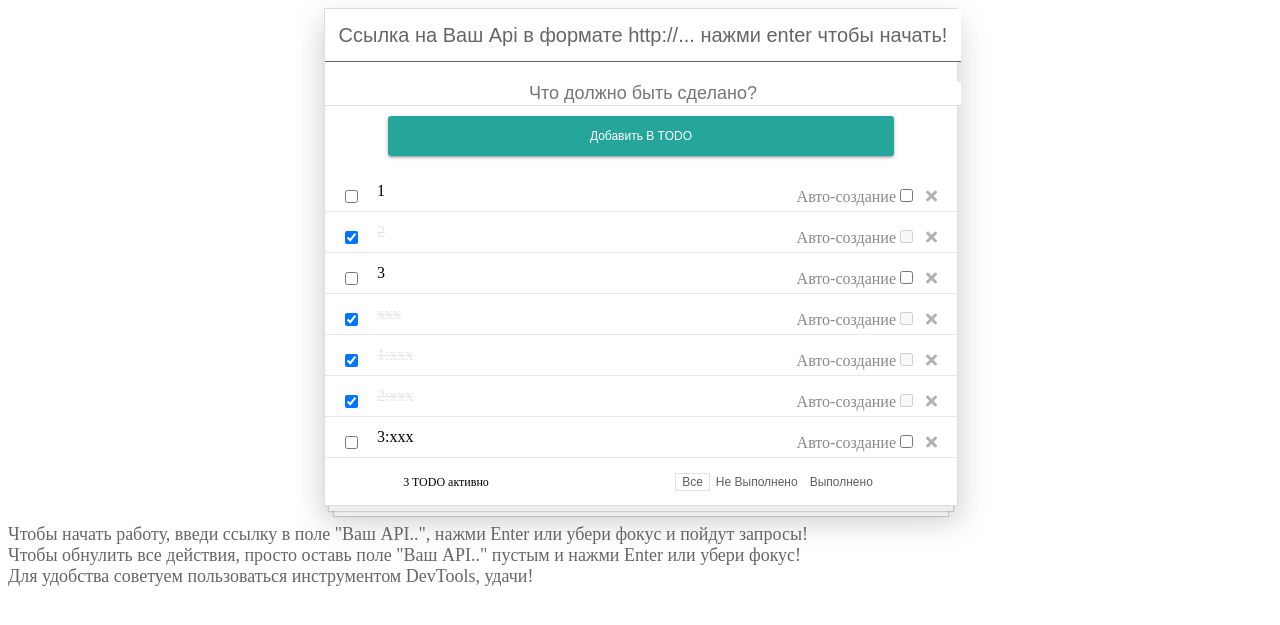
Repository: AntonBrock/taskTodo_for-backend
Page: /
An editor plug-in stored every save of this project. The page is shown before and after the next save, followed by the edit.
The browser window is 1280 px wide. The pictures show the whole page.
Some web libraries are served in a nearby version. The project was rebuilt for these pictures with package versions that can differ from the ones it lists, and the page was loaded fresh each time.

Above is the page before, as saved 2019-04-30 10:47:59.

### public/index.html
<!DOCTYPE html>
<html lang="en">
  <head>
    <meta charset="utf-8">
    <meta http-equiv="X-UA-Compatible" content="IE=edge">
    <meta name="viewport" content="width=device-width,initial-scale=1.0">
    <link rel="stylesheet" href="https://use.fontawesome.com/releases/v5.8.1/css/all.css" integrity="sha384-50oBUHEmvpQ+1lW4y57PTFmhCaXp0ML5d60M1M7uH2+nqUivzIebhndOJK28anvf" crossorigin="anonymous">
    <link rel="icon" href="<%= BASE_URL %>favicon.ico">
    <title>todolist-vue</title>
  </head>
  <body>
    <noscript>
      <strong>We're sorry but todolist-vue doesn't work properly without JavaScript enabled. Please enable it to continue.</strong>
    </noscript>
    <div id="app"></div>
    <!-- built files will be auto injected -->
  </body>
</html>

### src/main.js
import Vue from 'vue'
import store from './store/index'
import Vuex from 'vuex'
import App from './App.vue'

Vue.config.productionTip = false

Vue.use(Vuex)

new Vue({
  store,
  render: h => h(App),
}).$mount('#app')

### src/store/index.js
import Vue from 'vue'
import Vuex from 'vuex'
import urlForm from '../views/todolist/_store'

Vue.use(Vuex)

export default new Vuex.Store({
    modules: {
        urlForm
    }
})

### src/App.vue
<template lang="pug">
  #app
    Todolist
    .helpWorld
      p.helpText Чтобы начать работу, введи ссылку в поле "Ваш API..", нажми Enter или убери фокус и пойдут запросы! <br> Чтобы обнулить все действия, просто оставь поле "Ваш API.." пустым и нажми Enter или убери фокус! <br> Для удобства советуем пользоваться инструментом DevTools, удачи!
</template>

<script>
import Todolist from './views/todolist/Index.vue'

export default {
  name: 'app',
  components: {
    Todolist
  }
}
</script>

<style lang="stylus">
  .helpText
    color: #666
    font-size 18px

</style>

### src/views/todolist/_store/index.js
import state from "./state";
import * as getters from "./getters";
import * as mutations from "./mutations";
import * as actions from "./actions";

export default {
  namespaced: true,
  state,
  getters,
  mutations,
  actions
};

### src/views/todolist/Index.vue
<template lang="pug">
  .main-container(v-cloak)
    ApiForm
    div
      input.todo-input(type='text', placeholder='Что должно быть сделано?', v-model='firstTodo' @keyup.enter='newTodo')
      button.btn(v-on:click='addNewTodo') Добавить В TODO

      Todo(v-for='(todo, index) in todosFiltered', :key='todo.id', :todo="todo" :index='index')
      .extra-container
        .extra-container_numInList {{ remaining }} TODO активно
        div
          button(v-bind:class="{ active: filter == 'all' }", v-on:click=" filter = 'all'") Все
          button(v-bind:class="{ active: filter == 'active' }", v-on:click=" filter = 'active'") Не Выполнено
          button(v-bind:class="{ active: filter == 'completed' }", v-on:click=" filter = 'completed'") Выполнено
          //- button(@click='filterTodoList') Очистить завершенные
</template>

<script>
import ApiForm from "./_components/ApiForm.vue"
import Todo from "./_components/Todo.vue"
import { mapActions, mapGetters } from "vuex"
import todoApi from "./_api/todoApi.js"

export default {
  data () {
    return {
      id: 8,
      firstTodo: '',
      filter: 'all',
      error: false,
      a: ''
    }
  },
  created() {
    this.a = JSON.parse(localStorage.getItem('todos'))
    if('todos' in localStorage) {
      this.updateTodoList(this.a)
    }
  },
  mounted(){
    this.id = this.getTodos.length+1
    // Отправка при включении TODO + сразу отправка всех активных TODO
  if (this.getUrl.length > 3) {
    todoApi.getTodos('all')
      .then(response => {
        this.todos = response.data
        console.log(response);
      })
    . catch(error => {
        console.log(error);
        console.warn('Ошибка запроса при отправке всех TODO, скорее всего сервер не ответил!')
      })
    }
  },
  computed: {
    ...mapGetters({
      getTodos: 'urlForm/getTodos',
      getUrl: 'urlForm/getUrl'
    }),
    remaining() {
      return this.getTodos.filter(todo => !todo.completed).length
    },
    updateId() {
      this.id = this.getTodos.length += 1
    },
    todosFiltered() {
      if (this.filter == 'all') {
        // Отправка при выборе фильтра "Все" (Активные)
      if (this.getUrl.length > 3 ) {
          todoApi.getTodos('all')
          .then(done => {
            console.log(done)
            console.log(this.getTodos);
          })
          .catch( error => {
            console.log(error)
            console.warn('Ошибка запроса, при выборе "Все", скорее всего сервер не ответил!')
            console.log(this.getTodos);
          })
      }
        // console.log(this.getTodos);
        return this.getTodos

      } else if (this.filter == 'active') {
        return this.getTodos.filter(todo => !todo.completed)
      } else if (this.filter == 'completed') {

      if (this.getUrl.length > 3) {
          todoApi.getTodos('completed')
          .then(done => {
            console.log(done)
          })
          .catch( error => {
            console.log(error)
            console.warn('Ошибка запроса, при выборе "Выполненые", скорее всего сервер не ответил!')
          })
      }

        console.log(this.getTodos);
          return this.getTodos.filter(todo => todo.completed)
      }
    }
  },
  methods: {
    ...mapActions({
      // filterTodoList: 'urlForm/filterTodoList',
      updateTodoList: "urlForm/updateTodoList",
      pushTodoList: "urlForm/pushTodoList"
    }),
    addNewTodo() {
      let data = {
        id: this.id++,
        title: this.firstTodo,
        completed: false,
        autocreate: false,
        editing: false
      }

      if(this.firstTodo.trim().length == 0) {
        return
      }
      // отправка при добавлении нового TODO
      if (this.getUrl.length > 3) {
        todoApi.postTodo(data.title, data.completed, data.autocreate)
        .then(() => {
          console.log('ok');
          localStorage.setItem('todos', JSON.stringify(this.getTodos))
        })
        .catch(error => {
          console.warn('Ошибка запроса при добавлении нового TODO, скорее всего сервер не ответил!')
          localStorage.setItem('todos', JSON.stringify(this.getTodos)) //нужно ли добавлять в lS что-то если работает с APi?
        })
      }
      // this.getTodos.push(data)
      this.pushTodoList(data)
      localStorage.setItem('todos', JSON.stringify(this.getTodos))
      this.firstTodo = ''
    },
    // добавление по enter
    newTodo() {
      let data = {
        id: this.id++,
        title: this.firstTodo,
        completed: false,
        autocreate: false,
        editing: false
      }
      if(this.firstTodo.trim().length == 0) {
        return
      }
      // отправка при добавлении нового TODO
      if (this.getUrl.length > 3) {
        todoApi.postTodo(data)
        .then(() => {
          console.log('ok');
          // this.getTodos.push(data)
          localStorage.setItem('todos', JSON.stringify(this.getTodos))
        })
        .catch(error => {
          console.warn('Ошибка запроса при добавлении нового TODO, скорее всего сервер не ответил!')
          localStorage.setItem('todos', JSON.stringify(this.getTodos))
        })
      }

      localStorage.setItem('todos', JSON.stringify(this.getTodos))
      this.getTodos.push(data) // добавили в todo ( но запросы не должны идти)
      this.firstTodo = ''
      this.idForTodo++
    },
  },
  components: {
    ApiForm,
    Todo
  }
}

</script>

<style lang="stylus">
  [v-cloak]
    display none

  .main-container
    border 1px solid #DDDDDD
    width 50%
    margin-left 25%
    box-shadow 0 10px 0 -5px #eee,
               0 10px 1px -4px rgba(0,0,0,0.15),
               0 20px 0 -10px rgb(238, 238, 238),
               0 20px 1px -9px rgba(0,0,0,0.15),
               0 14px 28px rgba(75, 75, 75, 0.30)

  .extra-container
    display flex
    align-items center
    justify-content space-around
    font-size 12px
    padding-top 5px
    margin-bottom 14px

  .extra-container_numInList
    margin-right 30px
    font-size 12px

  button
    font-size 12px
    background-color white
    appearance none
    border none
    outline none
    color rgb(95, 95, 95)
    &:hover
      background rgba(211, 211, 211, 0.363)
    &:focus
      outline none

  .active
    background #fff
    border 1px solid #E1E1E1

  .remove-item
    margin-right 20px

  .remove
    margin-left: 10px
    opacity .3
    transition all 0.2s ease-in-out !important
    &:hover
      opacity .9
      color#E11010
      transition all 0.2s ease-in-out !important

  .auto_created
    font-size 1rem
    color rgba(102, 102, 102, 0.767)

  .btn
    border-radius 3px
    margin-bottom 25px
    width 80%
    margin-left 10%
    height 40px
    color #fff
    background-color #26a69a
    text-align center
    letter-spacing .5px
      -webkit-transition background-color .2s ease-out
    transition background-color .2s ease-out
    cursor pointer
    box-shadow 0 2px 2px 0 rgba(0,0,0,.14),
               0 3px 1px -2px rgba(0,0,0,.12),
               0 1px 5px 0 rgba(0,0,0,.2)
    &:hover
      background-color #46b6abe3!important
</style>

### src/views/todolist/_store/state.js
export default {
    url: '',
    todos: [
      {
        'id': 1,
        'title': 1,
        'completed': false,
        'autocreate': false,
      },
      {
        'id': 2,
        'title': 2,
        'completed': true,
        'autocreate': false,
      },
      {
        'id': 3,
        'title': 3,
        'completed': false,
        'autocreate': false,
      },
      {
        'id': 4,
        'title': 'xxx',
        'completed': true,
        'autocreate': false,
      },
      {
        'id': 5,
        'title': '1:xxx',
        'completed': true,
        'autocreate': false,
      },
      {
        'id': 6,
        'title': '2:xxx',
        'completed': true,
        'autocreate': false,
      },
      {
        'id': 7,
        'title': '3:xxx',
        'completed': false,
        'autocreate': false,
      },
    ],
    todosStatic: [
    {
      'id': 1,
      'title': 1,
      'completed': false,
      'autocreate': false,
    },
    {
      'id': 2,
      'title': 2,
      'completed': true,
      'autocreate': false,
    },
    {
      'id': 3,
      'title': 3,
      'completed': false,
      'autocreate': false,
    },
    {
      'id': 4,
      'title': 'xxx',
      'completed': true,
      'autocreate': false,
    },
    {
      'id': 5,
      'title': '1:xxx',
      'completed': true,
      'autocreate': false,
    },
    {
      'id': 6,
      'title': '2:xxx',
      'completed': true,
      'autocreate': false,
    },
    {
      'id': 7,
      'title': '3:xxx',
      'completed': false,
      'autocreate': false,
    },
  ]
}

### src/views/todolist/_store/getters.js
export const getUrl= state => state.url;
export const getTodos = state => state.todos;
export const getStaticTodos = state => state.todosStatic;

### src/views/todolist/_store/mutations.js
export const UPDATE_URL = state => state.url;
export const UPDATE_TODOS = state => state.todos;
export const CHANGE_TODOS = state => state.todos;

### src/views/todolist/_store/actions.js
export function updateUrl ({ commit, state }, payload) {
    state.url = payload
    commit("UPDATE_URL");
}

export function updateTodo ({ commit }, payload) {
    payload.completed = !payload.completed
    commit("UPDATE_TODOS");
}

export function updateTodoList ({ commit, state }, payload) {
    state.todos = payload
    localStorage.setItem('todos', JSON.stringify(state.todos))
    commit("UPDATE_TODOS");
}

export function pushTodoList ({ commit, state }, payload) {
    state.todos.push(payload)
    localStorage.setItem('todos', JSON.stringify(state.todos))
    commit("UPDATE_TODOS");
}

export function filterTodoList ({ commit, state }) {
    state.todos = state.todos.filter(todo => !todo.completed)
    localStorage.setItem('todos', JSON.stringify(state.todos))
    commit("UPDATE_TODOS");
}

### src/views/todolist/_components/ApiForm.vue
<template lang="pug">
  .form(v-cloak='')
    input.inputForUrl(v-model='url',
                      type='text',
                      @blur='updateTodos(url)',
                      @keyup.enter='updateTodos_enter(url)'
                      placeholder="Ссылка на Ваш Api в формате http://... нажми enter чтобы начать!"
                      :url = "url")
</template>

<script>
import { mapActions, mapGetters } from "vuex";
import todoApi from "../_api/todoApi.js";
import { setTimeout, setInterval, clearInterval } from 'timers';

export default {
  data() {
    return {
      url: "",
      filter: 'all',
      a: '',
      setTime:''
    }
  },

  //осталась одна логика. Если при перезагрузки в API пусто, то нужно вернут статику - а не пустой todo,
  // но если в дэмо режиме, то обновление должно выдавать список наш
  created(){
  this.a = JSON.parse(localStorage.getItem('todos'))

  },
  computed: {
    ...mapGetters({
      getUrl: "urlForm/getUrl",
      getTodos: 'urlForm/getTodos',
      getStaticTodos: 'urlForm/getStaticTodos'
    })
  },
  methods: {
    ...mapActions({
      updateUrl: "urlForm/updateUrl",
      updateTodoList: "urlForm/updateTodoList"
    }),
    updateTodos(url) {
    //получение всех todo при обновлении url ссылки
    this.updateUrl(url)
    if(this.url.length > 3 ){
        this.updateTodoList([])
        this.updateTodos_enter(url)
        // todoApi.getTodos(this.filter)
        // .then(response => {
        //   this.updateTodoList(response.data)
        //   console.log(response);
        // })
        // .catch(error => {
        //   console.log(error)
        //   console.warn('Ошибка запроса при отправки всех TODO, скорее всего сервер не ответил')
        // });
    // console.warn('Был установлен ваш Url')
    }

    if(this.url.length <= 3 ) {
        this.updateTodoList(this.getStaticTodos)
        this.id = 8
        clearInterval(this.setTime)
        console.warn('Сcылка должна быть от 4х символов и нажмите enter, чтобы начать!')
    }
  },
    updateTodos_enter(url) {
    //получение всех todo при обновлении url ссылки(по enter)
    this.updateUrl(url)
    if(this.url.length > 3 ){

      this.updateTodoList([])
      this.setTime = setInterval(() => {
        todoApi.getTodos(this.filter)
        .then(response => {
          this.updateTodoList(response.data)
          console.log(response);
        })
        .catch(error => {
          console.log(error)
          console.warn('Ошибка запроса при отправки всех TODO, скорее всего сервер не ответил')
        })
      }, 5000)
    console.warn('Был установлен ваш Url')
    }

    if(this.url.length <= 3 ) {
        this.updateTodoList(this.getStaticTodos)
        this.id = 8
        clearInterval(this.setTime)
        console.warn('Сcылка должна быть от 4х символов и нажмите enter, чтобы начать!')
    }
  }
  }
};

</script>

<style lang="stylus">
.inputForUrl
  border-bottom 1px solid #666!important
  margin-bottom 20px
  text-align center
  border none
  width 100%
  height 50px
  font-size 20px
  &::placeholder
    color #666
    font-size 20px
    opacity 1
    transition: 0.2s ease-in-out !important;
		will-change: transform, opacity;

  &:focus::placeholder{
    opacity 0
    transition: 0.2s ease-in-out !important;
		will-change: transform, opacity;
  }
</style>

### src/views/todolist/_components/Todo.vue
<template lang="pug">
  .todo-item
    .todo-item-left
      input.todoInput(type='checkbox',  @click='completeTodo(todo)', :checked='todo.completed')
      div.todo-item-label(v-if='!todo.editing',  v-on:dblclick="changeTodo(todo)" v-bind:class='{ completed : todo.completed }') {{ todo.title }}
      input.todo-item-edit(v-else type="text" v-model="todo.title" @blur="doneEdit(todo)" @keyup.enter="doneEdit(todo)" @keyup.esc="cancelEdit(todo)")
    .remove-item
      label.auto_created Авто-создание
      input(type='checkbox', :disabled="todo.completed", :checked="todo.autocreate" @click='checkIt(todo)')
      i.fas.fa-times.remove(@click='removeItem(index)')
</template>

<script>
import todoApi from "../_api/todoApi.js";
import { mapActions, mapGetters } from "vuex";
import { setInterval, clearInterval } from "timers";

export default {
  data() {
    return {
      beforeEditCache: ''
    };
  },
  props: ["todo", "index", "url"],
  created() {
    localStorage.setItem("todos", JSON.stringify(this.getTodos));
  },
  computed: {
    ...mapGetters({
      getTodos: "urlForm/getTodos",
      getUrl: "urlForm/getUrl"
    })
  },
  methods: {
    ...mapActions({
      updateTodo: "urlForm/updateTodo",
      changeTodo: "urlForm/changeTodo"
    }),
    completeTodo(todo) {
      // Отправка при выборе фильтра "Выполнено"
      if (this.getUrl.length > 3) {
        todoApi
          .editTodo(todo.id)
          .then(() => {
            console.info("Удачно");
          })
          .catch(() => {
            console.warn("Ошибка запроса при зачеркивание TODO, скорее всего сервер не ответил!");
          });
      }

      this.updateTodo(todo);
      localStorage.setItem("todos", JSON.stringify(this.getTodos));
    },
    checkIt(todo) {
      todo.autocreate = !todo.autocreate;

      if (this.getUrl.length > 3) {
        todoApi
          .editTodo(this.todo.id)
          .then(() => {
            console.info("Удачно");
          })
          .catch(() => {
            console.log(this.getTodos);
            console.warn("Ошибка запроса при выборе 'Авто-создание', скорее всего сервер не ответил");
          });
      }
      localStorage.setItem("todos", JSON.stringify(this.getTodos));
    },
    removeItem(index) {
      // отправка удаленного id - todo
      if (this.getUrl.length > 3) {
        todoApi
          .deleteTodo(index)
          .then(() => {
            console.info("Удачно");
          })
          .catch(error => {
            console.warn(error);
            console.warn('Ошибка запроса при удалении TODO, скорее всего сервер не ответил!')
          });
      }
      this.getTodos.splice(index, 1);
      localStorage.setItem("todos", JSON.stringify(this.getTodos));
    },

    // тут редактирование TODO + сохранение в TODO
    changeTodo(todo){
      if(this.todo.completed){
        return
      }

      this.beforeEditCache = todo.title
      todo.editing = true;
      localStorage.setItem("todos", JSON.stringify(this.getTodos));

    },
    doneEdit(todo) {
      if(todo.title.trim() == '') {
        todo.title = this.beforeEditCache
       this.changeTodo(todo);
      }
      todo.editing = false;
      localStorage.setItem("todos", JSON.stringify(this.getTodos));

      if (this.getUrl.length > 3) {
        //тут запрос, на сколько верен не знаю. Он взят с авто-создания, сомнения, что отправляет autocreate, хотя такой же patch
      todoApi
        .editTodo(this.todo.id)
        .then(() => {
          console.info("Удачно");
        })
        .catch(() => {
          console.log(this.getTodos);
          console.warn("Ошибка запроса при изменении 'Названия TODO' , скорее всего сервер не ответил");
        });
      }
    },
    cancelEdit(todo) {
      todo.title = this.beforeEditCache
      todo.editing = false;
      this.changeTodo(todo);
    },
  }
};
</script>

<style lang="stylus">
.todo-input {
  width: 100%;
  border: none;
  margin-bottom: 10px;
  border-bottom: 1px solid rgba(102, 102, 102, 0.192);
  font-size: 18px;
  transition: 0.2s ease-in-out !important;
  text-align: center;
  outline: none;

  &:placeholder {
    color: rgba(145, 145, 145, 0.795);
    opacity: 1;
    transition: 0.2s ease-in-out !important;
  }

  will-change: transform, opacity;

  &:focus::placeholder {
    opacity: 0;
    transition: 0.2s ease-in-out !important;
  }

  will-change: transform, opacity;

  &:focus-webkit-input-placeholder {
    opacity: 0;
    transition: 0.2s ease-in-out !important;
    will-change: transform, opacity;
  }

  &:-webkit-input-placeholder {
    transition: 0.2s ease-in-out !important;
    will-change: transform, opacity;
  }

  &:-moz-placeholder {
    transition: all 0.2s ease-in-out !important;
    will-change: opacity;
    /* Firefox 19+ */
  }

  &:-moz-placeholder {
    transition: all 0.2s ease-in-out !important;
    will-change: transform, opacity;
    /* Firefox 18- */
  }

  &:-ms-input-placeholder {
    transition: all 0.2s ease-in-out !important;
    will-change: transform, opacity;
  }
}

.todo-item {
  width: 100%;
  margin-bottom: 10px;
  display: flex;
  justify-content: space-between;
  align-items: center;
  border-bottom: 1px solid rgba(226, 226, 226, 0.767);
}

.todoInput {
  margin-left: 20px;
}

.todo-item-label {
  margin-bottom: 10px;
}

.todo-item-left {
  display: flex;
  align-items: center;
}

.todo-item-label {
  padding: 0px;
  border: 1px solid white;
  margin-left: 15px;
}

.todo-item-edit {
  width: 50%;
  border: 1px solid rgba(102, 102, 102, 0.192);
  font-size: 18px;
  padding: 10px 18px;
  margin-bottom: 20px;
  transition: 0.2s ease-in-out !important;

  &:focus {
    outline: none;
  }

  &:focus-webkit-input-placeholder {
    opacity: 0;
    transition: 0.2s ease-in-out !important;
    will-change: transform, opacity;
  }

  &:-webkit-input-placeholder {
    transition: 0.2s ease-in-out !important;
    will-change: transform, opacity;
  }

  &:-moz-placeholder {
    transition: all 0.2s ease-in-out !important;
    will-change: transform, opacity;
    /* Firefox 19+ */
  }

  &:-moz-placeholder {
    transition: all 0.2s ease-in-out !important;
    will-change: transform, opacity;
    /* Firefox 18- */
  }

  &:-ms-input-placeholder {
    transition: all 0.2s ease-in-out !important;
    will-change: transform, opacity;
  }
}

.completed {
  text-decoration: line-through;
  color: #E1E1E1;
  opacity: 0.8;
}
</style>

### src/views/todolist/_api/todoApi.js
// import Api from '@/api/Api'
import axios from 'axios'
import state from '../_store/state'

const todoApi = {
  getTodos (filter) {
    return axios.get(`${state.url}/todos`, {
      // возвращает отфильтрованный или неотфильтрованный список
      type: filter
    })
  },
  postTodo (title, completed, autocreate) {
    return axios.post(`${state.url}/todos`, {
      title: title,
      completed: completed,
      autocreate: autocreate
    })
  },
  editTodo (id) {
    return axios.patch(`${state.url}/todos/${id}`)
  },
  deleteTodo (id) {
    return axios.delete(`${state.url}/todos/${id}`)
  }
}
export default todoApi

After the next save:
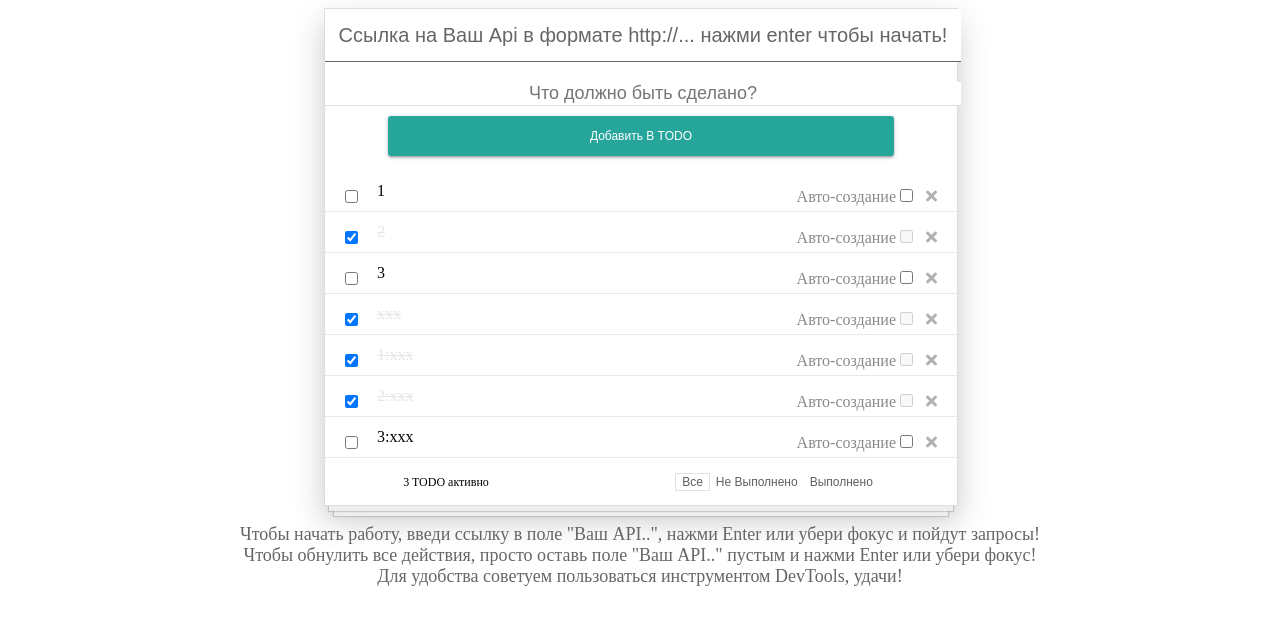
Saved 34 s later.
--- a/src/App.vue
+++ b/src/App.vue
@@ -1,7 +1,7 @@
 <template lang="pug">
   #app
     Todolist
-    .helpWorld
+    .helpContainer
       p.helpText Чтобы начать работу, введи ссылку в поле "Ваш API..", нажми Enter или убери фокус и пойдут запросы! <br> Чтобы обнулить все действия, просто оставь поле "Ваш API.." пустым и нажми Enter или убери фокус! <br> Для удобства советуем пользоваться инструментом DevTools, удачи!
 </template>
 
@@ -17,8 +17,9 @@ export default {
 </script>
 
 <style lang="stylus">
+  .helpContainer
+    text-align center
   .helpText
     color: #666
     font-size 18px
-
 </style>
